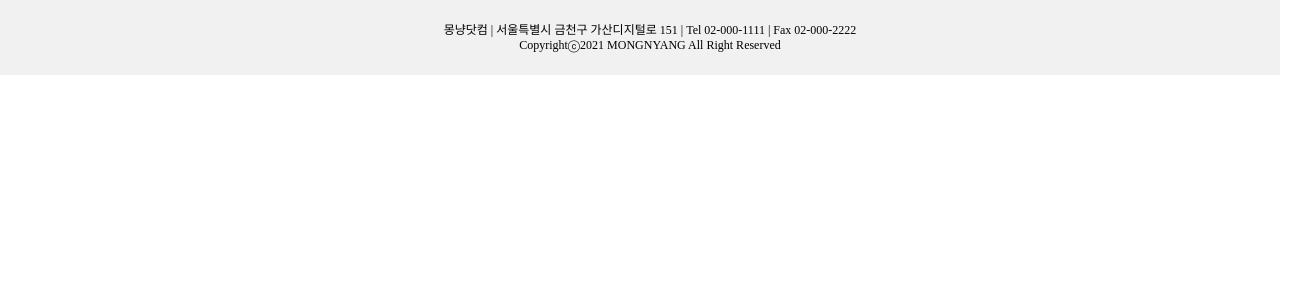
Repository: yl9517/2021.08.10_MONGNYANG_JSP
Page: http://localhost/mongNyang/footer.jsp
The author's editor kept a copy of each file at every save. The page is drawn from the files as they stood at one save, then again after the next save.
The browser window is 1280 px wide. The page is 1300 px wide, so the pictures cover 1300 px, including what lies to the right of the window. The pictures show the whole page.
The page is served by Tomcat 9.

Above is the page before, as saved 2021-08-13 12:42:40.

After the next save:
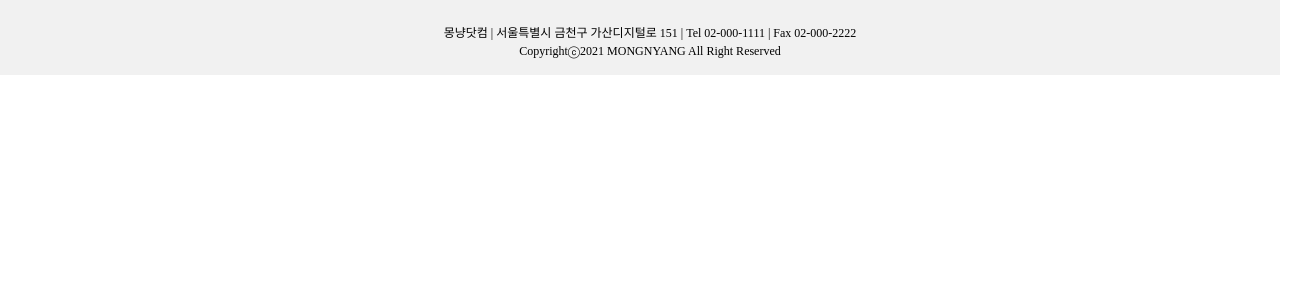
Saved 12 s later.
--- a/mongNyang/WebContent/css/footer.css
+++ b/mongNyang/WebContent/css/footer.css
@@ -20,4 +20,5 @@
 }
 #foot #shopInfo p{
 	font-size: 12px;
+	margin-top: 3px;
 }

After the save that followed:
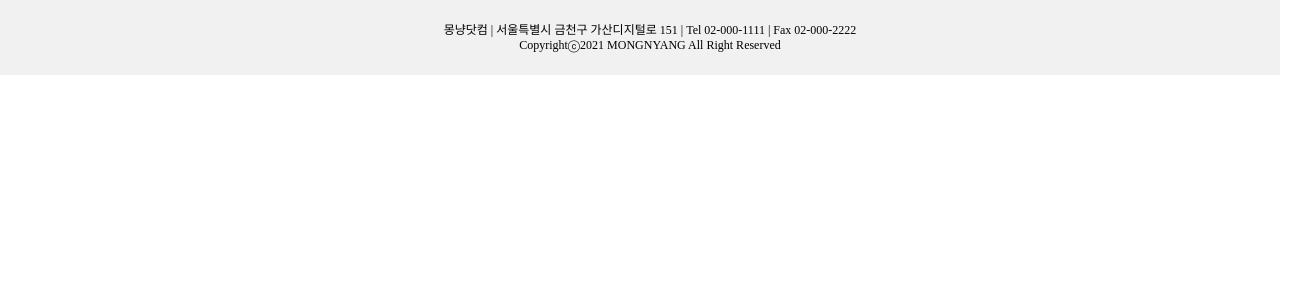
Saved 60 s later.
--- a/mongNyang/WebContent/css/footer.css
+++ b/mongNyang/WebContent/css/footer.css
@@ -18,7 +18,12 @@
 	text-align :center;
 	padding: 20px;
 }
+
+/* 텍스트*/
 #foot #shopInfo p{
 	font-size: 12px;
-	margin-top: 3px;
 }
+#foot #shopInfo p:nth-last-child(){
+	font-size: 10px;
+	margin-top: 5px;
+}
